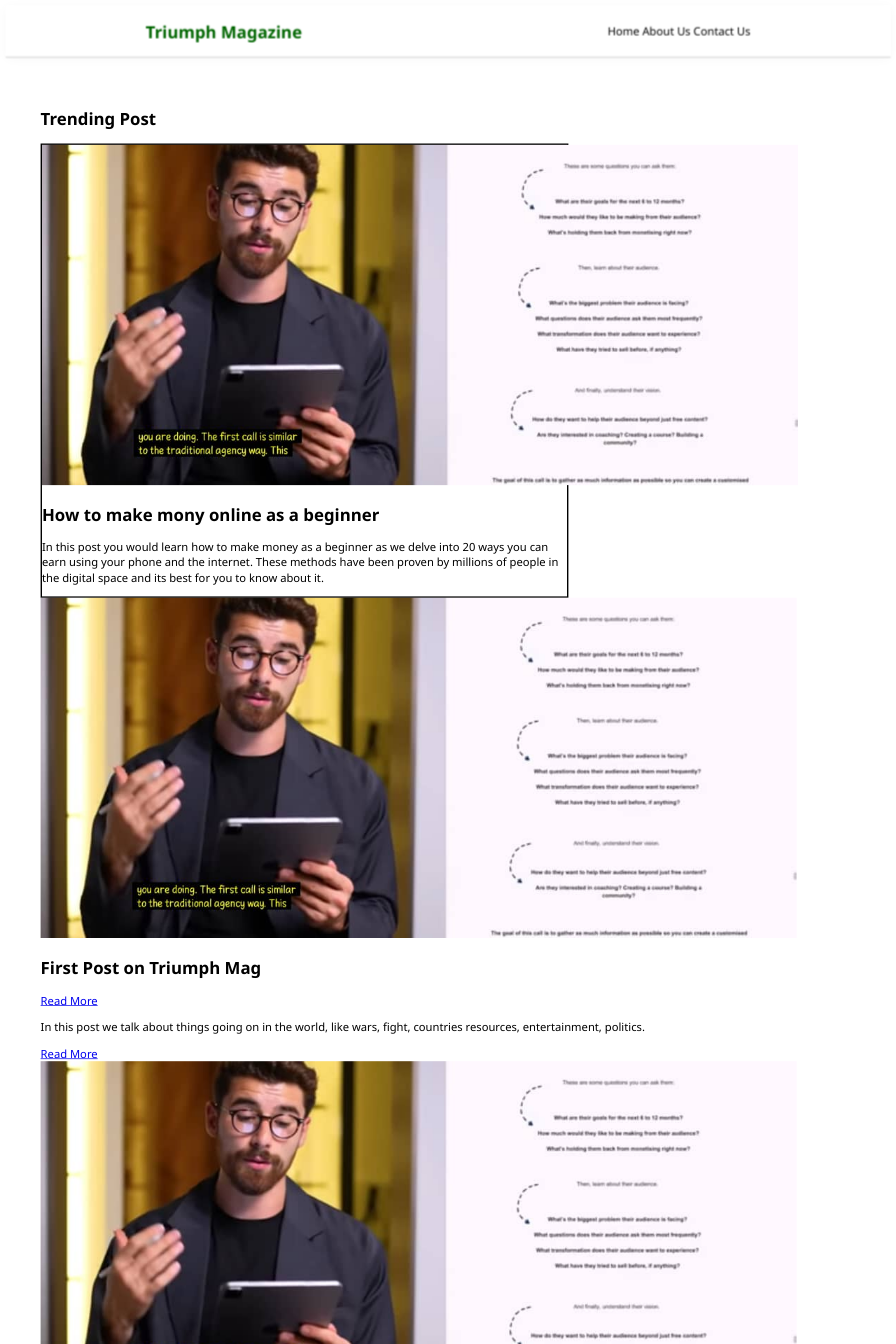
Repository: zikcolle/Triumph-Blog
Page: index.html
An editor plug-in stored every save of this project. The page is shown before and after the next save, followed by the edit.
The browser window is 1280 px wide. The pictures show the part of the page from y = 0 to 1920 px (the page is 5455 px tall before and 5309 px after), at 70% of full size.

Above is the page before, as saved 2026-06-21 13:59:09.

After the next save:
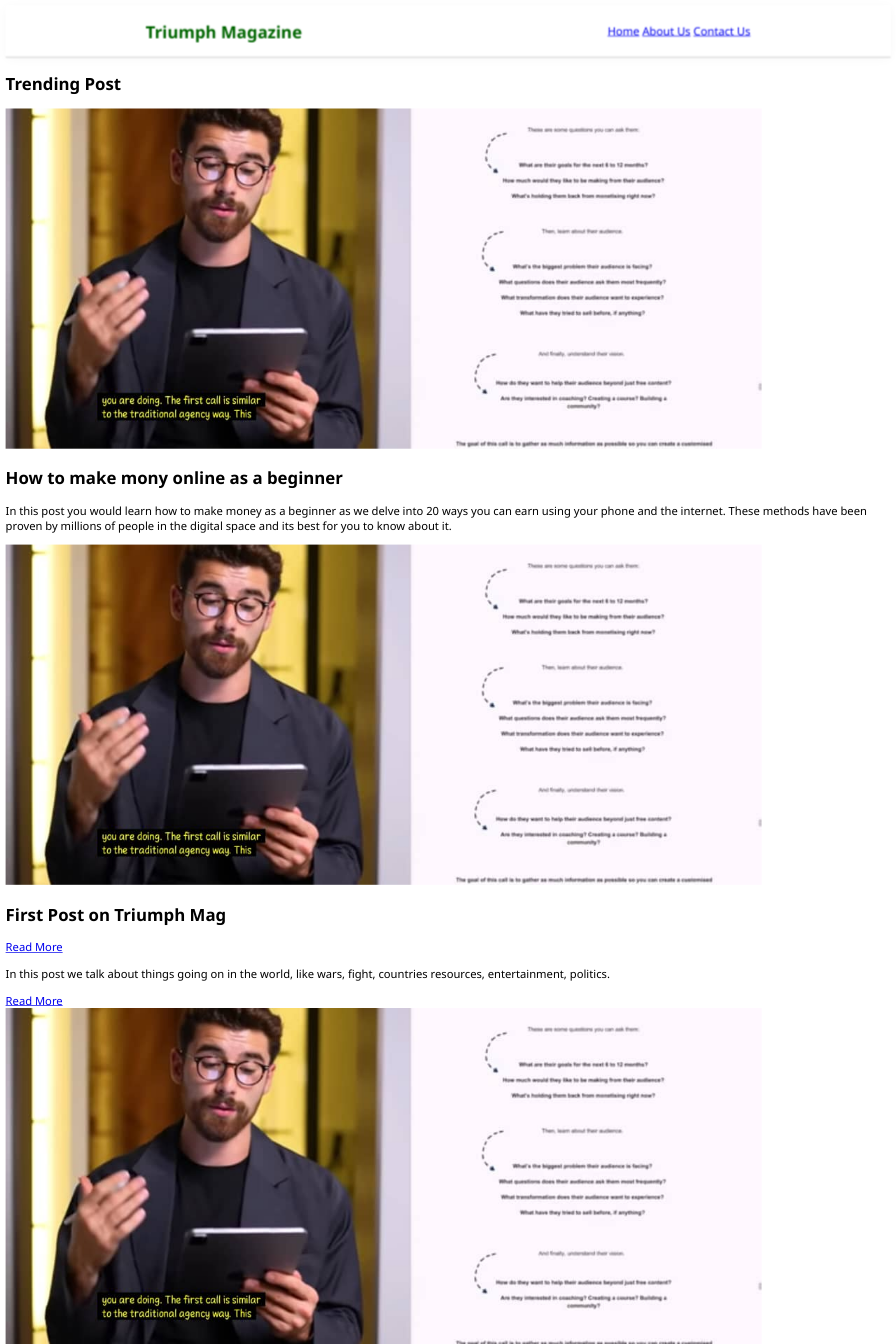
Saved 33 s later.
--- a/styles.css
+++ b/styles.css
@@ -18,17 +18,7 @@
     color: rgb(0, 101, 0);
 }
 
-header a {
-    text-decoration: none;
-    color: rgb(0, 0, 0);
-}
-
-header a:hover {
-    text-decoration: none;
-    color: rgb(0, 101, 0);
-    text-decoration: underline;
-}
-
+header a {`
 main {
     padding: 50px;
 }

After the save that followed:
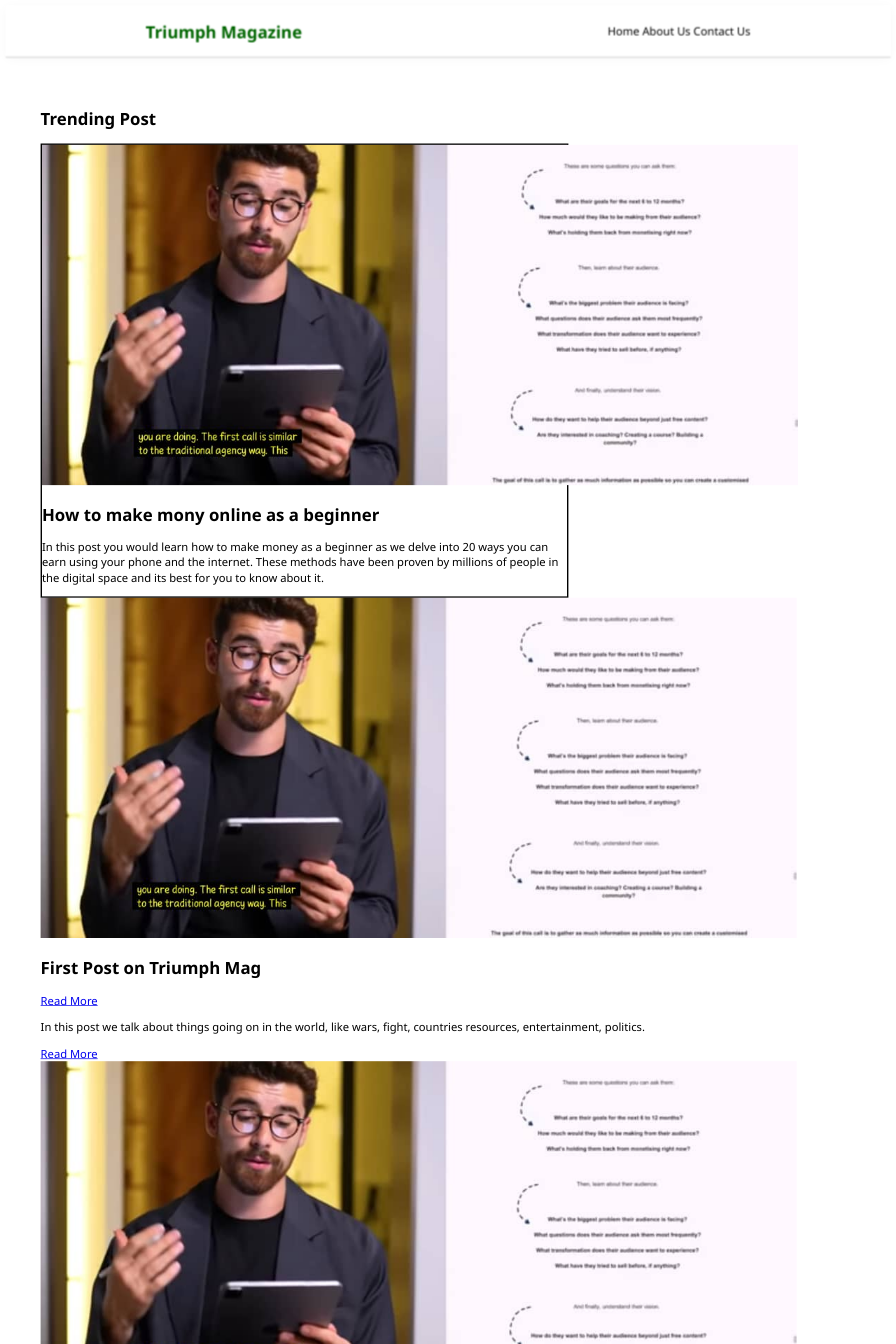
Saved 5 s later.
--- a/styles.css
+++ b/styles.css
@@ -18,7 +18,17 @@
     color: rgb(0, 101, 0);
 }
 
-header a {`
+header a {
+    text-decoration: none;
+    color: rgb(0, 0, 0);
+}
+
+header a:hover {
+    text-decoration: none;
+    color: rgb(0, 101, 0);
+    text-decoration: underline;
+}
+
 main {
     padding: 50px;
 }
